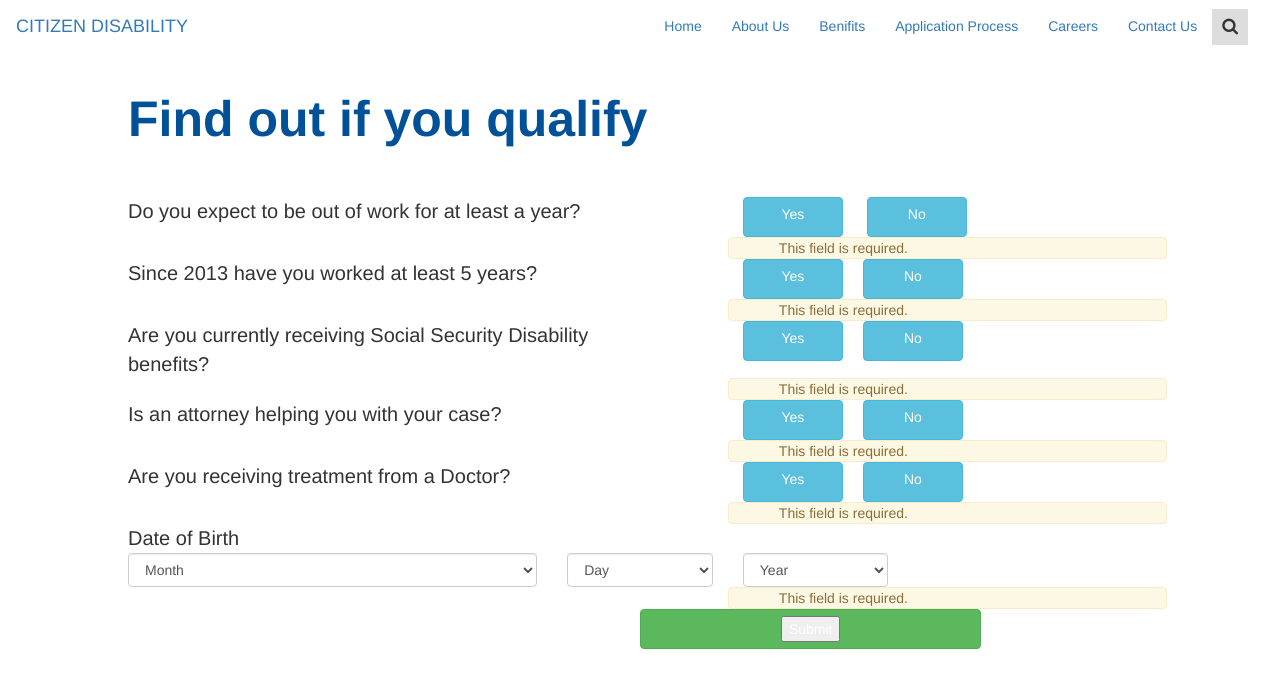
Repository: welcome0605/Embed-html-integrate-with-API
Page: Home.html
These files come from the project's save history. The page is drawn as it stood at one moment and after the next save; the edit follows.
The browser window is 1280 px wide. The pictures show the whole page.

Above is the page before, as saved 2019-04-27 17:29:22.

After the next save:
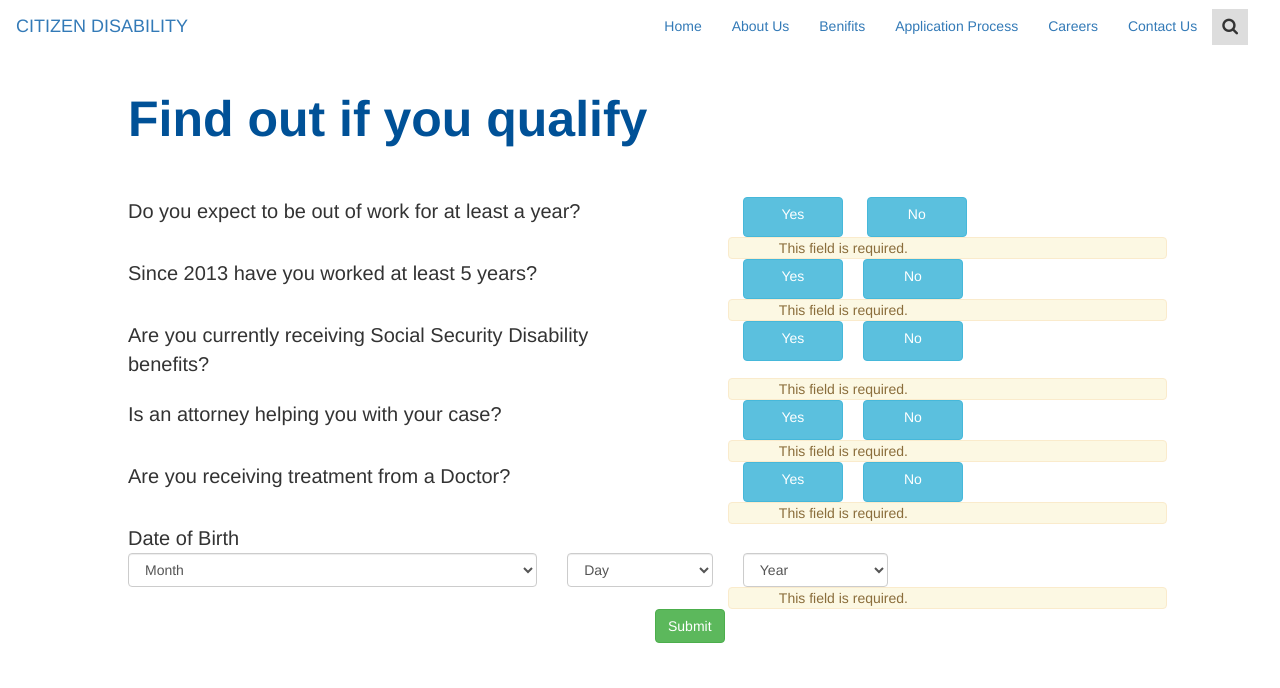
Saved 23 s later.
--- a/Home.html
+++ b/Home.html
@@ -168,7 +168,7 @@
       </div>
       <div class="row">
         <div class="col-md-6"></div>
-        <div class="col-md-4 btn_submit btn btn-success"><input type="submit" class="btn_sub"></div>
+        <div class="col-md-4 btn_submit "><input type="submit" class="btn_sub btn btn-success"></div>
       </div>
       <!-- <input type="submit" value="Submit"> -->
     <!-- </div> -->
